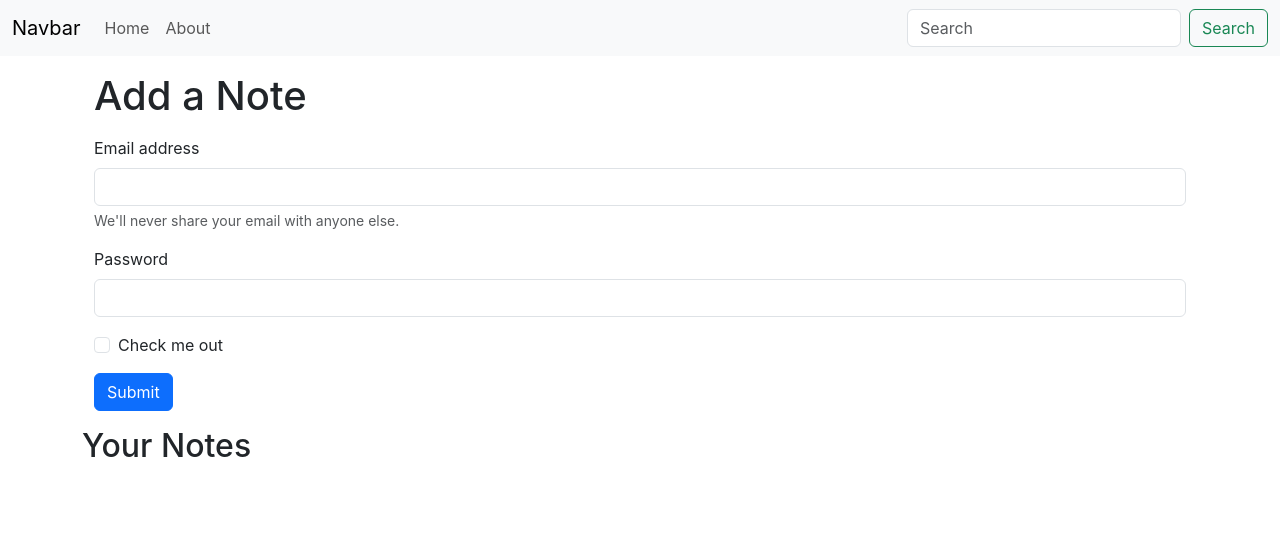
Repository: bhaveshdaipuria/inotebook
Page: /home
The author's editor kept a copy of each file at every save. The page is drawn from the files as they stood at one save, then again after the next save.
The browser window is 1280 px wide. The pictures show the whole page.
The project was rebuilt for these pictures with package versions that can differ from the ones it lists, and the page was loaded fresh each time. Also part of the build but not shown: src/App.css, src/components/About.js.

Above is the page before, as saved 2023-05-03 13:47:08.

### public/index.html
<!DOCTYPE html>
<html lang="en">
  <head>
    <meta charset="utf-8" />
    <link rel="icon" href="%PUBLIC_URL%/favicon.ico" />
    <meta name="viewport" content="width=device-width, initial-scale=1" />
    <meta name="theme-color" content="#000000" />
    <meta
      name="description"
      content="Web site created using create-react-app"
    />
    <link rel="apple-touch-icon" href="%PUBLIC_URL%/logo192.png" />
    <link href="https://cdn.jsdelivr.net/npm/bootstrap@5.3.0-alpha3/dist/css/bootstrap.min.css" rel="stylesheet" integrity="sha384-KK94CHFLLe+nY2dmCWGMq91rCGa5gtU4mk92HdvYe+M/SXH301p5ILy+dN9+nJOZ" crossorigin="anonymous">
    <!--
      manifest.json provides metadata used when your web app is installed on a
      user's mobile device or desktop. See https://developers.google.com/web/fundamentals/web-app-manifest/
    -->
    <link rel="manifest" href="%PUBLIC_URL%/manifest.json" />
    <!--
      Notice the use of %PUBLIC_URL% in the tags above.
      It will be replaced with the URL of the `public` folder during the build.
      Only files inside the `public` folder can be referenced from the HTML.

      Unlike "/favicon.ico" or "favicon.ico", "%PUBLIC_URL%/favicon.ico" will
      work correctly both with client-side routing and a non-root public URL.
      Learn how to configure a non-root public URL by running `npm run build`.
    -->
    <title>iNotebook</title>
  </head>
  <body>
    <noscript>You need to enable JavaScript to run this app.</noscript>
    <div id="root"></div>
    <!--
      This HTML file is a template.
      If you open it directly in the browser, you will see an empty page.

      You can add webfonts, meta tags, or analytics to this file.
      The build step will place the bundled scripts into the <body> tag.

      To begin the development, run `npm start` or `yarn start`.
      To create a production bundle, use `npm run build` or `yarn build`.
    -->
  </body>
  <script src="https://cdn.jsdelivr.net/npm/bootstrap@5.3.0-alpha3/dist/js/bootstrap.bundle.min.js" integrity="sha384-ENjdO4Dr2bkBIFxQpeoTz1HIcje39Wm4jDKdf19U8gI4ddQ3GYNS7NTKfAdVQSZe" crossorigin="anonymous"></script>
</html>

### src/App.js
import './App.css';
import Navbar from './components/Navbar';
import Home  from './components/Home';
import { BrowserRouter, Routes, Route } from 'react-router-dom';
import About from './components/About';
import NoteState from './context/notes/NoteState';

function App() {
  return (
    <>
    <NoteState>
    <BrowserRouter>
    <Navbar/>
    <div className='container'>
      <Routes>
      <Route exact path = '/home' element={<Home/>}/>
      <Route exact path = '/about' element={<About/>}/>
    </Routes>
    </div>
    </BrowserRouter>
    </NoteState>
    </>
  );
}

export default App;

### src/components/Navbar.js
import React, { useEffect } from "react";
import { Link, useLocation } from "react-router-dom";

function Navbar() {
  let location = useLocation();
  useEffect(()=>{
    console.log(location.pathname)
  }, [location]);
  return (
    <nav className="navbar navbar-expand-lg bg-body-tertiary">
      <div className="container-fluid">
        <Link className="navbar-brand" to="/">
          Navbar
        </Link>
        <button
          className="navbar-toggler"
          type="button"
          data-bs-toggle="collapse"
          data-bs-target="#navbarSupportedContent"
          _aria-controls="navbarSupportedContent"
          aria-expanded="false"
          aria-label="Toggle navigation"
        >
          <span className="navbar-toggler-icon"></span>
        </button>
        <div className="collapse navbar-collapse" id="navbarSupportedContent">
          <ul className="navbar-nav me-auto mb-2 mb-lg-0">
            <li className="nav-item">
              <Link className={`nav-link ${location.pathname === '/'?"active":""}`} aria-current="page" to="/home">
                Home
              </Link>
            </li>
            <li className="nav-item">
              <Link className={`nav-link ${location.pathname === '/about'?"active":""}`} to="/about">
                About
              </Link>
            </li>
          </ul>
          <form className="d-flex" role="search">
            <input
              className="form-control me-2"
              type="search"
              placeholder="Search"
              aria-label="Search"
            />
            <button className="btn btn-outline-success" type="submit">
              Search
            </button>
          </form>
        </div>
      </div>
    </nav>
  );
}

export default Navbar;

### src/components/Home.js
import React from 'react'

function Home() {
  return (
    <div>
    <div className='container my-3'>
    <h1>Add a Note</h1>
    <form className='my-3'>
  <div className="mb-3">
    <label for="exampleInputEmail1" className="form-label">Email address</label>
    <input type="email" className="form-control" id="exampleInputEmail1" aria-describedby="emailHelp"/>
    <div id="emailHelp" className="form-text">We'll never share your email with anyone else.</div>
  </div>
  <div className="mb-3">
    <label for="exampleInputPassword1" className="form-label">Password</label>
    <input type="password" className="form-control" id="exampleInputPassword1"/>
  </div>
  <div className="mb-3 form-check">
    <input type="checkbox" className="form-check-input" id="exampleCheck1"/>
    <label className="form-check-label" for="exampleCheck1">Check me out</label>
  </div>
  <button type="submit" className="btn btn-primary">Submit</button>
</form>
</div>
    <h2>Your Notes</h2>
    </div>
  )
}

export default Home;

### src/context/notes/NoteState.js
import NoteContext from "./noteContext";
import { useState } from "react";

const  NoteState = (props)=>{
    const notesInitial = [
        {
          "_id": "644f7e8be617961a0e690ce2",
          "user": "644f7d94e617961a0e690ccc",
          "title": "This is an alarm",
          "description": "Wake up at 7AM",
          "tag": "General",
          "date": "2023-05-01T08:55:39.717Z",
          "__v": 0
        },
        {
          "_id": "644f7ea9e617961a0e690ce5",
          "user": "644f7d94e617961a0e690ccc",
          "title": "Updating my existing alarm",
          "description": "Wake me up at 8AM",
          "tag": "Updated Alarm",
          "date": "2023-05-01T08:56:09.511Z",
          "__v": 0
        },
        {
          "_id": "644f8271f19dd960cfe94ffd",
          "user": "644f7d94e617961a0e690ccc",
          "title": "This is a trial note",
          "description": "Trial note description",
          "tag": "General",
          "date": "2023-05-01T09:12:17.622Z",
          "__v": 0
        }
      ]
      const [notes, setNotes] = useState(notesInitial)
    return(
        <NoteContext.Provider value={{notes, setNotes}}>
            {props.children}
        </NoteContext.Provider>
    )
}

export default NoteState;

Loaded but not shown: src/index.js (common file); src/index.css (common file); src/context/notes/noteContext.js (common file)

After the next save:
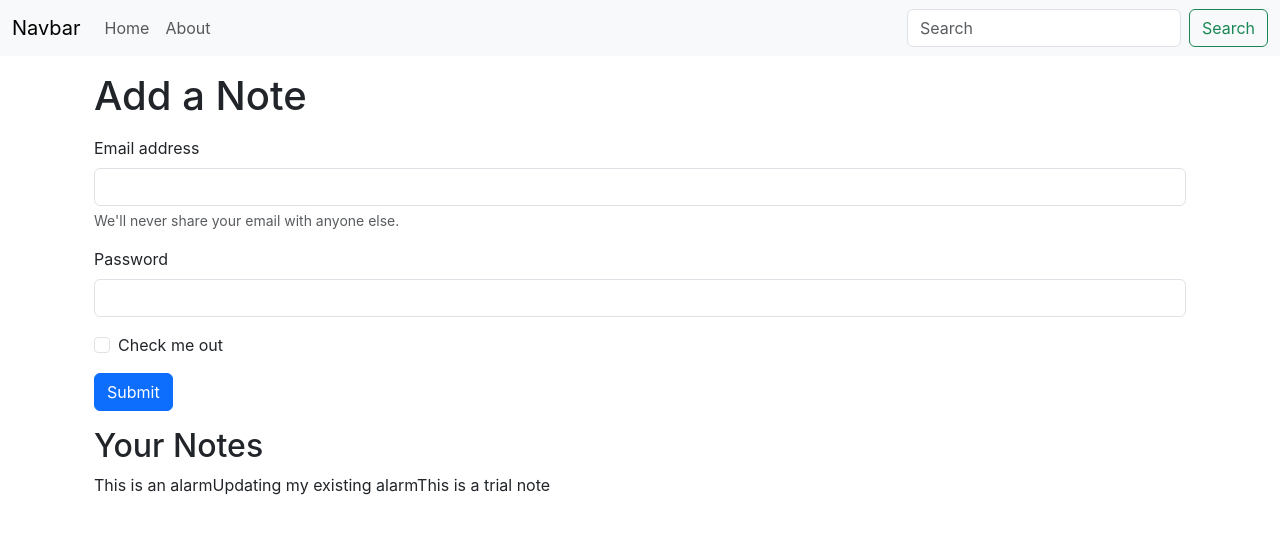
Saved 2 min 52 s later.
--- a/src/components/Home.js
+++ b/src/components/Home.js
@@ -1,6 +1,9 @@
-import React from 'react'
+import React, {useContext} from 'react';
+import noteContext from '../context/notes/noteContext';
 
 function Home() {
+  const context = useContext(noteContext);
+  const{notes, setNotes} = context;
   return (
     <div>
     <div className='container my-3'>
@@ -22,7 +25,12 @@ function Home() {
   <button type="submit" className="btn btn-primary">Submit</button>
 </form>
 </div>
+    <div className='container my-3'>
     <h2>Your Notes</h2>
+    {notes.map((note)=>{
+      return note.title;
+    })}
+    </div>
     </div>
   )
 }
